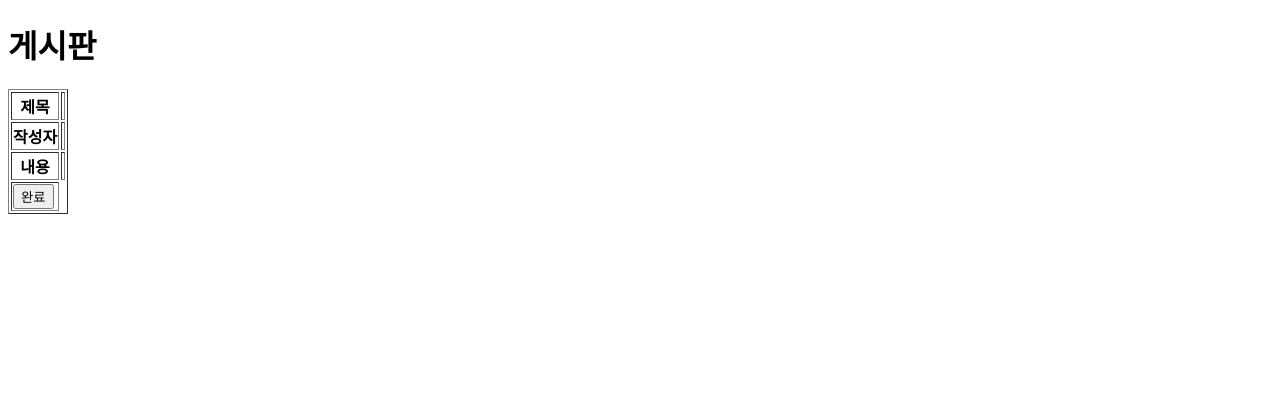
Repository: SongHyeSun/JSP
Page: jspSrc17/och02/src/main/webapp/board.html
The author's editor kept a copy of each file at every save. The page is drawn from the files as they stood at one save, then again after the next save.
The browser window is 1280 px wide. The pictures show the whole page.

Above is the page before, as saved 2024-07-09 05:10:56.

### jspSrc17/och02/src/main/webapp/board.html
<!DOCTYPE html>
<html>
<head>
<meta charset="UTF-8">
<title>Insert title here</title>
</head>
<body>
	<h1>게시판</h1>
	<table border="1">
		<tr>
			<th>제목</th>
			<td></td>
		</tr>
		<tr>
			<th>작성자</th>
			<td></td>
		</tr>
		<tr>
			<th>내용</th>
			<td></td>
		</tr>
		<tr>
			<td><input type="submit" value="완료"></td>
		</tr>
	</table>
</body>
</html>

After the next save:
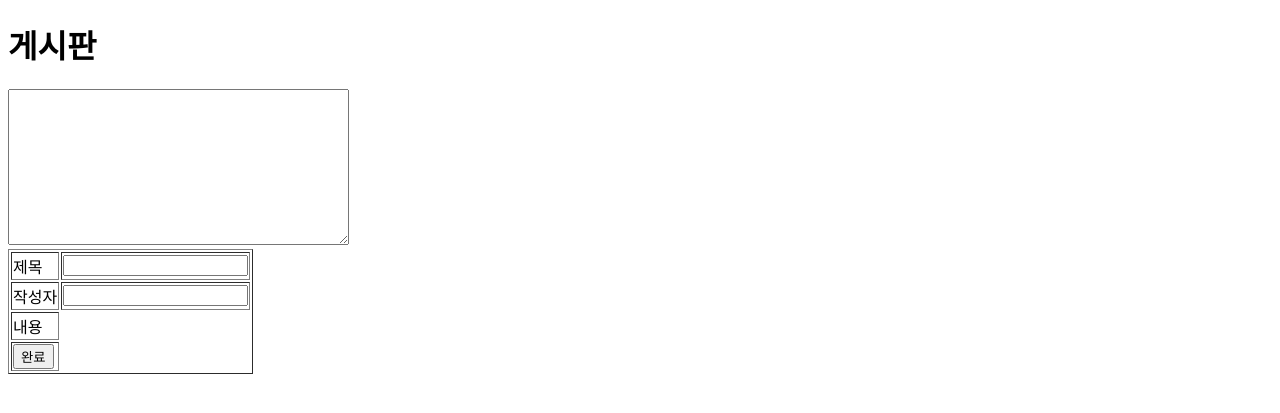
Saved 4 min 48 s later.
--- a/jspSrc17/och02/src/main/webapp/board.html
+++ b/jspSrc17/och02/src/main/webapp/board.html
@@ -8,16 +8,16 @@
 	<h1>게시판</h1>
 	<table border="1">
 		<tr>
-			<th>제목</th>
-			<td></td>
+			<td>제목</td>
+			<td><input type="text" name="title"></td>
 		</tr>
 		<tr>
-			<th>작성자</th>
-			<td></td>
+			<td>작성자</td>
+			<td><input type="text" name="writer"></td>
 		</tr>
 		<tr>
-			<th>내용</th>
-			<td></td>
+			<td>내용</td>
+			<textarea cols="40" rows="10" name="content"></textarea>
 		</tr>
 		<tr>
 			<td><input type="submit" value="완료"></td>
